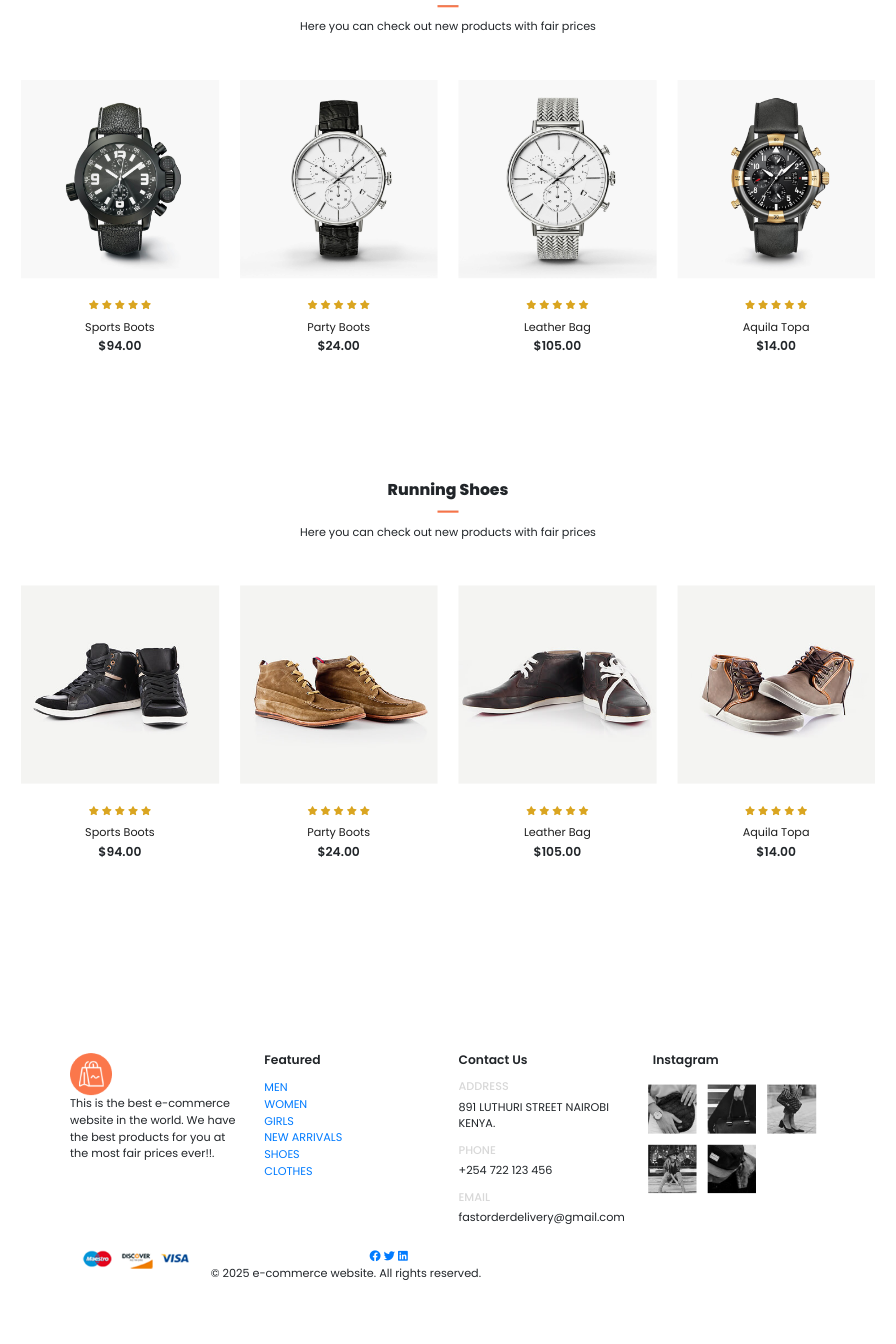
Repository: peter417waweru/e-commerce-UI
Page: index.html
The author's editor kept a copy of each file at every save. The page is drawn from the files as they stood at one save, then again after the next save.
The browser window is 1280 px wide. The pictures show the part of the page from y = 3518 to 5438 px (the page is 5438 px tall before and 5390 px after), at 70% of full size.
Backgrounds fixed to the window are drawn as part of the page. Some web libraries are served in a nearby version.

Above is the page before, as saved 2025-02-08 09:09:18.

### index.html
<!DOCTYPE html>
<html lang="en">

    <head>
        <meta charset="UTF-8">
        <meta http-equiv="X-UA-Compatible" content="IE=edge">
        <meta name="viewport" content="width=device-width, initial-scale=1.0">
        <title>Ecommerce Website1</title>

        <link rel="stylesheet" href="https://cdn.jsdelivr.net/npm/bootstrap@4.1.3/dist/css/bootstrap.min.css"
         integrity="sha384-MCw98/SFnGE8fJT3GXwEOngsV7Zt27NXFoaoApmYm81iuXoPkFOJwJ8ERdknLPMO" crossorigin="anonymous">

        <link rel="stylesheet" href="https://pro.fontawesome.com/releases/v5.10.0/css/all.css" />

        <link rel="stylesheet" href="./style.css">
    </head>

    <body>

        <nav class="navbar navbar-expand-lg navbar-light bg-light py-3 fixed-top">
            <div class="container">
              <img src="img/logo1.png" alt="">
              <button class="navbar-toggler" type="button" data-bs-toggle="collapse" data-bs-target="#navbarSupportedContent" aria-controls="navbarSupportedContent" aria-expanded="false" aria-label="Toggle navigation">
                <span><i id="bar" class="fas fa-bars"></i></span>
              </button>
              <div class="collapse navbar-collapse" id="navbarSupportedContent">
                <ul class="navbar-nav ml-auto">
                  <li class="nav-item">
                    <a class="nav-link active" aria-current="page" href="#">Home</a>
                  </li>
                  <li class="nav-item">
                    <a class="nav-link" aria-current="page" href="#">Shop</a>
                  </li>
                  <li class="nav-item">
                    <a class="nav-link" aria-current="page" href="#">Blog</a>
                  </li>
                  <li class="nav-item">
                    <a class="nav-link" aria-current="page" href="#">About</a>
                  </li>
                  <li class="nav-item">
                    <a class="nav-link" aria-current="page" href="#">Contact Us</a>
                  </li>
                  <li class="nav-item">
                    <i class="fal fa-search"></i>
                    <i class="fal fa-shopping-bag"></i>
                  </li>


                </ul>

              </div>
            </div>
        </nav>


        <section id="home">
          <div class="container">
            <h5>NEW ARRIVALS</h5>
            <h1><span>Best Price</span> This year</h1>
            <p>Shop today with us for the best offers delivered to your doorsteps <br>
               within seconds.
            </p>
            <button>Shop Now</button>
          </div>
        </section>

        <section id="brand" class="container">
          <div class="row m-0 py-5">
            <img class="img-fluid col-lg-2 col-md-4 col-sm-6" src="img/brand/1.png" alt="">
            <img class="img-fluid col-lg-2 col-md-4 col-sm-6" src="img/brand/2.png" alt="">
            <img class="img-fluid col-lg-2 col-md-4 col-sm-6" src="img/brand/3.png" alt="">
            <img class="img-fluid col-lg-2 col-md-4 col-sm-6" src="img/brand/4.png" alt="">
            <img class="img-fluid col-lg-2 col-md-4 col-sm-6" src="img/brand/5.png" alt="">
            <img class="img-fluid col-lg-2 col-md-4 col-sm-6" src="img/brand/6.png" alt="">
          </div>
        </section>

        <section id="new" class="w-100">
          <div class="row p-0 m-0">
            <div class="one col-lg-4 col-md-12 col-sm-12 p-0">
              <img class="img-fluid" src="img/new/1.jpg" alt="">
              <div class="details">
                <h2>Extreme Rare Sneakers</h2>
                <button class="text-uppercase">shop now</button>
              </div>
            </div>
            <div class="one col-lg-4 col-md-12 col-sm-12 p-0">
              <img class="img-fluid" src="img/new/5.jpg" alt="">
              <div class="details">
                <h2>Awesome blank outfit</h2>
                <button class="text-uppercase">shop now</button>
              </div>
            </div>
            <div class="one col-lg-4 col-md-12 col-sm-12 p-0">
              <img class="img-fluid" src="img/new/3.jpg" alt="">
              <div class="details">
                <h2>Sportwear upto 50% off</h2>
                <button class="text-uppercase">shop now</button>
              </div>
            </div>
          </div>
        </section>

        <section id="featured" class="my-5 pb-5">
          <div class="container text-center mt-5 py-5">
            <h3>Our Featured</h3>
            <hr class="mx-auto">
            <p>Here you can check out our new products with the most fair prices</p>
          </div>
          <div class="row mx-auto container-fluid">
            <div class="product text-center col-lg-3 col-md-4 col-12">
              <img class="img-fluid mb-3" src="img/featured/1.jpg" alt="">
              <div class="star">
                <i class="fas fa-star"></i>
                <i class="fas fa-star"></i>
                <i class="fas fa-star"></i>
                <i class="fas fa-star"></i>
                <i class="fas fa-star"></i>
              </div>
              <h5 class="p-name">Sports Boots</h5>
              <h4 class="p-price">$94.00</h4>
              <button class="buy-btn">Buy Now</button>
            </div>
            <div class="product text-center col-lg-3 col-md-4 col-12">
              <img class="img-fluid mb-3" src="img/featured/2.jpg" alt="">
              <div class="star">
                <i class="fas fa-star"></i>
                <i class="fas fa-star"></i>
                <i class="fas fa-star"></i>
                <i class="fas fa-star"></i>
                <i class="fas fa-star"></i>
              </div>
              <h5 class="p-name">Party Boots</h5>
              <h4 class="p-price">$24.00</h4>
              <button class="buy-btn">Buy Now</button>
            </div>
            <div class="product text-center col-lg-3 col-md-4 col-12">
              <img class="img-fluid mb-3" src="img/featured/3.jpg" alt="">
              <div class="star">
                <i class="fas fa-star"></i>
                <i class="fas fa-star"></i>
                <i class="fas fa-star"></i>
                <i class="fas fa-star"></i>
                <i class="fas fa-star"></i>
              </div>
              <h5 class="p-name">Leather Bag</h5>
              <h4 class="p-price">$105.00</h4>
              <button class="buy-btn">Buy Now</button>
            </div>
            <div class="product text-center col-lg-3 col-md-4 col-12">
              <img class="img-fluid mb-3" src="img/featured/4.jpg" alt="">
              <div class="star">
                <i class="fas fa-star"></i>
                <i class="fas fa-star"></i>
                <i class="fas fa-star"></i>
                <i class="fas fa-star"></i>
                <i class="fas fa-star"></i>
              </div>
              <h5 class="p-name">Aquila Topa</h5>
              <h4 class="p-price">$14.00</h4>
              <button class="buy-btn">Buy Now</button>
            </div>
          </div>
        </section>

        <section id="banner" class="my-5 py-3">
          <div class="container">
            <h4>MID SEASON SALES</h4>
            <h1>Autumn Collection <br>
              UP TO 20% OFF
            </h1>
            <button class="text-uppercase">Shop Now</button>
          </div>
        </section>

        <section id="clothes" class="my-5">
          <div class="container text-center mt-5 py-5">
            <h3>Dresses and jumpsuits</h3>
            <hr class="mx-auto">
            <p>Here you can check out new products with fair prices</p>
          </div>
          <div class="row mx-auto container-fluid">
            <div class="product text-center col-lg-3 col-md-4 col-12">
              <img class="img-fluid mb-3" src="img/clothes/1.jpg" alt="">
              <div class="star">
                <i class="fas fa-star"></i>
                <i class="fas fa-star"></i>
                <i class="fas fa-star"></i>
                <i class="fas fa-star"></i>
                <i class="fas fa-star"></i>
              </div>
              <h5 class="p-name">Sports Boots</h5>
              <h4 class="p-price">$94.00</h4>
              <button class="buy-btn">Buy Now</button>
            </div>
            <div class="product text-center col-lg-3 col-md-4 col-12">
              <img class="img-fluid mb-3" src="img/clothes/2.jpg" alt="">
              <div class="star">
                <i class="fas fa-star"></i>
                <i class="fas fa-star"></i>
                <i class="fas fa-star"></i>
                <i class="fas fa-star"></i>
                <i class="fas fa-star"></i>
              </div>
              <h5 class="p-name">Party Boots</h5>
              <h4 class="p-price">$24.00</h4>
              <button class="buy-btn">Buy Now</button>
            </div>
            <div class="product text-center col-lg-3 col-md-4 col-12">
              <img class="img-fluid mb-3" src="img/clothes/3.jpg" alt="">
              <div class="star">
                <i class="fas fa-star"></i>
                <i class="fas fa-star"></i>
                <i class="fas fa-star"></i>
                <i class="fas fa-star"></i>
                <i class="fas fa-star"></i>
              </div>
              <h5 class="p-name">Leather Bag</h5>
              <h4 class="p-price">$105.00</h4>
              <button class="buy-btn">Buy Now</button>
            </div>
            <div class="product text-center col-lg-3 col-md-4 col-12">
              <img class="img-fluid mb-3" src="img/clothes/1.jpg" alt="">
              <div class="star">
                <i class="fas fa-star"></i>
                <i class="fas fa-star"></i>
                <i class="fas fa-star"></i>
                <i class="fas fa-star"></i>
                <i class="fas fa-star"></i>
              </div>
              <h5 class="p-name">Aquila Topa</h5>
              <h4 class="p-price">$14.00</h4>
              <button class="buy-btn">Buy Now</button>
            </div>
          </div>
        </section>

        <section id="watches" class="my-5">
          <div class="container text-center mt-5 py-5">
            <h3>Best Watches</h3>
            <hr class="mx-auto">
            <p>Here you can check out new products with fair prices</p>
          </div>
          <div class="row mx-auto container-fluid">
            <div class="product text-center col-lg-3 col-md-4 col-12">
              <img class="img-fluid mb-3" src="img/watches/1.jpg" alt="">
              <div class="star">
                <i class="fas fa-star"></i>
                <i class="fas fa-star"></i>
                <i class="fas fa-star"></i>
                <i class="fas fa-star"></i>
                <i class="fas fa-star"></i>
              </div>
              <h5 class="p-name">Sports Boots</h5>
              <h4 class="p-price">$94.00</h4>
              <button class="buy-btn">Buy Now</button>
            </div>
            <div class="product text-center col-lg-3 col-md-4 col-12">
              <img class="img-fluid mb-3" src="img/watches/2.jpg" alt="">
              <div class="star">
                <i class="fas fa-star"></i>
                <i class="fas fa-star"></i>
                <i class="fas fa-star"></i>
                <i class="fas fa-star"></i>
                <i class="fas fa-star"></i>
              </div>
              <h5 class="p-name">Party Boots</h5>
              <h4 class="p-price">$24.00</h4>
              <button class="buy-btn">Buy Now</button>
            </div>
            <div class="product text-center col-lg-3 col-md-4 col-12">
              <img class="img-fluid mb-3" src="img/watches/3.jpg" alt="">
              <div class="star">
                <i class="fas fa-star"></i>
                <i class="fas fa-star"></i>
                <i class="fas fa-star"></i>
                <i class="fas fa-star"></i>
                <i class="fas fa-star"></i>
              </div>
              <h5 class="p-name">Leather Bag</h5>
              <h4 class="p-price">$105.00</h4>
              <button class="buy-btn">Buy Now</button>
            </div>
            <div class="product text-center col-lg-3 col-md-4 col-12">
              <img class="img-fluid mb-3" src="img/watches/4.jpg" alt="">
              <div class="star">
                <i class="fas fa-star"></i>
                <i class="fas fa-star"></i>
                <i class="fas fa-star"></i>
                <i class="fas fa-star"></i>
                <i class="fas fa-star"></i>
              </div>
              <h5 class="p-name">Aquila Topa</h5>
              <h4 class="p-price">$14.00</h4>
              <button class="buy-btn">Buy Now</button>
            </div>
          </div>
        </section>

        <section id="shoes" class="my-5 pb-5">
          <div class="container text-center mt-5 py-5">
            <h3>Running Shoes</h3>
            <hr class="mx-auto">
            <p>Here you can check out new products with fair prices</p>
          </div>
          <div class="row mx-auto container-fluid">
            <div class="product text-center col-lg-3 col-md-4 col-12">
              <img class="img-fluid mb-3" src="img/shoes/8.jpg" alt="">
              <div class="star">
                <i class="fas fa-star"></i>
                <i class="fas fa-star"></i>
                <i class="fas fa-star"></i>
                <i class="fas fa-star"></i>
                <i class="fas fa-star"></i>
              </div>
              <h5 class="p-name">Sports Boots</h5>
              <h4 class="p-price">$94.00</h4>
              <button class="buy-btn">Buy Now</button>
            </div>
            <div class="product text-center col-lg-3 col-md-4 col-12">
              <img class="img-fluid mb-3" src="img/shoes/7.jpg" alt="">
              <div class="star">
                <i class="fas fa-star"></i>
                <i class="fas fa-star"></i>
                <i class="fas fa-star"></i>
                <i class="fas fa-star"></i>
                <i class="fas fa-star"></i>
              </div>
              <h5 class="p-name">Party Boots</h5>
              <h4 class="p-price">$24.00</h4>
              <button class="buy-btn">Buy Now</button>
            </div>
            <div class="product text-center col-lg-3 col-md-4 col-12">
              <img class="img-fluid mb-3" src="img/shoes/6.jpg" alt="">
              <div class="star">
                <i class="fas fa-star"></i>
                <i class="fas fa-star"></i>
                <i class="fas fa-star"></i>
                <i class="fas fa-star"></i>
                <i class="fas fa-star"></i>
              </div>
              <h5 class="p-name">Leather Bag</h5>
              <h4 class="p-price">$105.00</h4>
              <button class="buy-btn">Buy Now</button>
            </div>
            <div class="product text-center col-lg-3 col-md-4 col-12">
              <img class="img-fluid mb-3" src="img/shoes/5.jpg" alt="">
              <div class="star">
                <i class="fas fa-star"></i>
                <i class="fas fa-star"></i>
                <i class="fas fa-star"></i>
                <i class="fas fa-star"></i>
                <i class="fas fa-star"></i>
              </div>
              <h5 class="p-name">Aquila Topa</h5>
              <h4 class="p-price">$14.00</h4>
              <button class="buy-btn">Buy Now</button>
            </div>
          </div>
        </section>

        <footer class="mt-5 py-5">
          <div class="row container mx-auto pt-5">
            <div class="footer-one col-lg-3 col-md-6 col-12">
              <img src="img/logo2.png" alt="">
              <p>This is the best e-commerce website in the world.
                 We have the best products for you at the most fair prices ever!!.</p>
            </div>
            <div class="footer-one col-lg-3 col-md-6 col-12">
              <h4 class="pb-2">Featured</h4>
              <ul class="text-uppercase list-unstyled">
                <li><a href="#">men</a></li>
                <li><a href="#">women</a></li>
                <li><a href="#">girls</a></li>
                <li><a href="#">new arrivals</a></li>
                <li><a href="#">shoes</a></li>
                <li><a href="#">clothes</a></li>
              </ul>
            </div>
            <div class="footer-one col-lg-3 col-md-6 col-12">
              <h4 class="pb-2">Contact Us</h4>
              <div>
                <h6 class="text-uppercase">Address</h6>
              <p>891 LUTHURI STREET NAIROBI KENYA.</p>
              </div>
              <div>
                <h6 class="text-uppercase">Phone</h6>
              <p>+254 722 123 456</p>
              </div>
              <div>
                <h6 class="text-uppercase">Email</h6>
              <p>fastorderdelivery@gmail.com</p>
              </div>
            </div>
            <div class="footer-one col-lg-3 col-md-6 col-12">
              <h4 class="pb-2">Instagram</h4>
              <div class="row">
                <img class="img-fluid w-25 h-100 m-2" src="img/insta/1.jpg" alt="">
                <img class="img-fluid w-25 h-100 m-2" src="img/insta/2.jpg" alt="">
                <img class="img-fluid w-25 h-100 m-2" src="img/insta/3.jpg" alt="">
                <img class="img-fluid w-25 h-100 m-2" src="img/insta/4.jpg" alt="">
                <img class="img-fluid w-25 h-100 m-2" src="img/insta/5.jpg" alt="">
              </div>
            </div>
            <div class="copyright mt-3">
              <div class="row container mx-auto">
                <div class="col-lg-3 col-md-6 col-12">
                  <img src="img/payment.png" alt="">
                </div>
                <div class="col-lg-4 col-md-6 col-12 text-nowrap p-4">
                  <p>© 2025 e-commerce website. All rights reserved.</p>
                </div>
                <div class="col-lg-4 col-md-6 col-12 ">
                  <a href=""><i class="fab fa-facebook"></i></a>
                  <a href=""><i class="fab fa-twitter"></i></a>
                  <a href=""><i class="fab fa-linkedin"></i></a>
                </div>
              </div>
            </div>
          </div>
        </footer>





        <script src="https://cdn.jsdelivr.net/npm/@popperjs/core@2.9.1/dist/umd/popper.min.js"
            integrity="sha384-SR1sx49pcuLnqZUnnPwx6FCym0wLsk5JZuNx2bPPENzswTNFaQU1RDvt3wT4gWFG"
            crossorigin="anonymous"></script>
        <script src="https://cdn.jsdelivr.net/npm/bootstrap@5.0.0-beta3/dist/js/bootstrap.min.js"
            integrity="sha384-j0CNLUeiqtyaRmlzUHCPZ+Gy5fQu0dQ6eZ/xAww941Ai1SxSY+0EQqNXNE6DZiVc"
            crossorigin="anonymous"></script>
    </body>

</html>

### style.css
@import url("https://fonts.googleapis.com/css2?family=Poppins:wght@100;200;300;400;500;600;700;800;900&display=swap");
* {
  margin: 0;
  padding: 0;
  box-sizing: border-box;
}

body {
  font-family: "Poppins", sans-serif;
}

h1 {
  font-size: 2.5rem;
  font-weight: 700;
}

h2 {
  font-size: 1.8rem;
  font-weight: 600;
}

h3 {
  font-size: 1.4rem;
  font-weight: 800;
}

h4 {
  font-size: 1.1rem;
  font-weight: 600;
}

h5 {
  font-size: 1rem;
  font-weight: 400;
  color: #1d1d1d;
}

h6 {
  color: #d8d8d8;
}

hr {
  width: 30px;
  height: 2px;
  background-color: #fb774b;
}

.star {
  padding: 10px 0;
}

.star i{
  font-size: 0.8rem;
  color: goldenrod;
}

button {
  font-size: 0.8rem;
  font-weight: 700;
  outline: none;
  border: none;
  background-color: #1d1d1d;
  color: aliceblue;
  padding: 13px 30px;
  cursor: pointer;
  text-transform: uppercase;
  transition: 0.3s ease;
}

button:hover {
  background-color: #3a3833;
}

hr {
  width: 30px;
  height: 2px;

}

.navbar {
  font-size: 16px;
  background-color: #d8d8d8;
  top: 0;
  left: 0;
}

.navbar-light .navbar-nav .nav-link{
  padding: 0 20px;
  color: black;
  transition: 0.3s ease;
}

.navbar-light .navbar-nav .nav-link:hover,
.navbar i:hover,
.navbar-light .navbar-nav .nav-link.active,
.navbar i.active
{
  color: coral;
}



.navbar i{
  font-size: 1.2rem;
  padding: 0 7px;
  cursor: pointer;
  transition: 0.3s ease;
}

/* Mobile Nav*/


.navbar-light .navbar-toggler{
  border: none;
  outline: none;
}

#bar {
  font-size: 1.5rem;
  padding: 7px;
  cursor: pointer;
  font-weight: 500;
  color: black;
  transition: 0.3s ease;
}

#bar:hover,
#bar.active{
  color: #fff;
}

@media only screen and (max-width: 990px) {

  body > nav > div > button:hover ,
  body > nav > div > button:focus {
    background-color: #fb774b;
  }

  body > nav > div > button:hover #bar,
  body > nav > div > button:focus #bar {
    background-color: #fb774b;
  }

  #navbarSupportedContent > ul {
    margin: 1rem;
    justify-content: flex-end;
    align-items: flex-end;
    text-align: right;
  }

  #navbarSupportedContent > ul > li:nth-child(n) > a {
    padding: 10px 0;
  }
}


#home {
  background-image: url("img/back.jpg");
  width: 100%;
  height: 100vh;
  background-size: cover;
  background-position: top 70px center;
  display: flex;
  flex-direction: column;
  align-items: flex-start;
  justify-content: center;

}

#home span{
  color: coral;
}

#new .one img{
  width: 100%;
  height: 100%;
  background-position: center center;
  background-repeat: no-repeat;
  background-size: cover;
  position: relative;
}


#new .row .one .details{
  position: absolute;
  width: 100%;
  height: 100%;
  top: 0;
  left: 0;
  transition: 0.3s ease;
}

#new .row .one:hover .details{
  cursor: pointer;
  background-color: rgba(255, 178, 178, 0.8);
}

#new .row .one .details button{
 display: inline-block;
 font-size: 14px;
 font-weight: 500;
 color: #2a2a2a;
 background: none;
 text-transform: uppercase;
 border-bottom: 1px solid #2a2a2a;
 padding: 1.5px;
 transform: translateY(70px);
 transition: 0.3s ease;
}

#new .row .one .details button:hover{
  cursor: pointer;
  color: #fff;
  border-bottom: 1px solid #fff;
}

#new .row .one:nth-child(1) .details{
  display: flex;
  justify-content: center;
  flex-direction: column;
  align-items: flex-start;
  text-align: start;
}

#new .row .one:nth-child(2) .details{
  display: flex;
  justify-content: center;
  flex-direction: column;
  align-items: center;
  text-align: center;
}

#new .row .one:nth-child(3) .details{
  display: flex;
  justify-content: center;
  flex-direction: column;
  align-items: flex-end;
  text-align: end;
}

/*Products*/

.product {
  cursor: pointer;
  margin-bottom: 2rem;
}

.product img{
  transition: 0.3s all;
}

.product img:hover{
  opacity: 0.7;
}

.product .buy-btn{
  background: #fb774b;
  transform: translateY(20px);
  opacity: 0;
  transition: 0.3s all;
}
.product:hover .buy-btn{
  transform: translateY(0px);
  opacity: 1;
}

#banner {
  background-image: url("img/banner/2.jpg");
  width: 100%;
  height: 60vh;
  background-size: cover;
  background-position: top 70px center;
  background-repeat: no-repeat;
  background-attachment: fixed;
  display: flex;
  flex-direction: column;
  align-items: flex-start;
  justify-content: center;
}

#banner h4{
  color: #D8D8D8;
}

#banner h1{
  color: #D8D8D8;
}

#banner button{
  background-color: #fb774b;
}

After the next save:
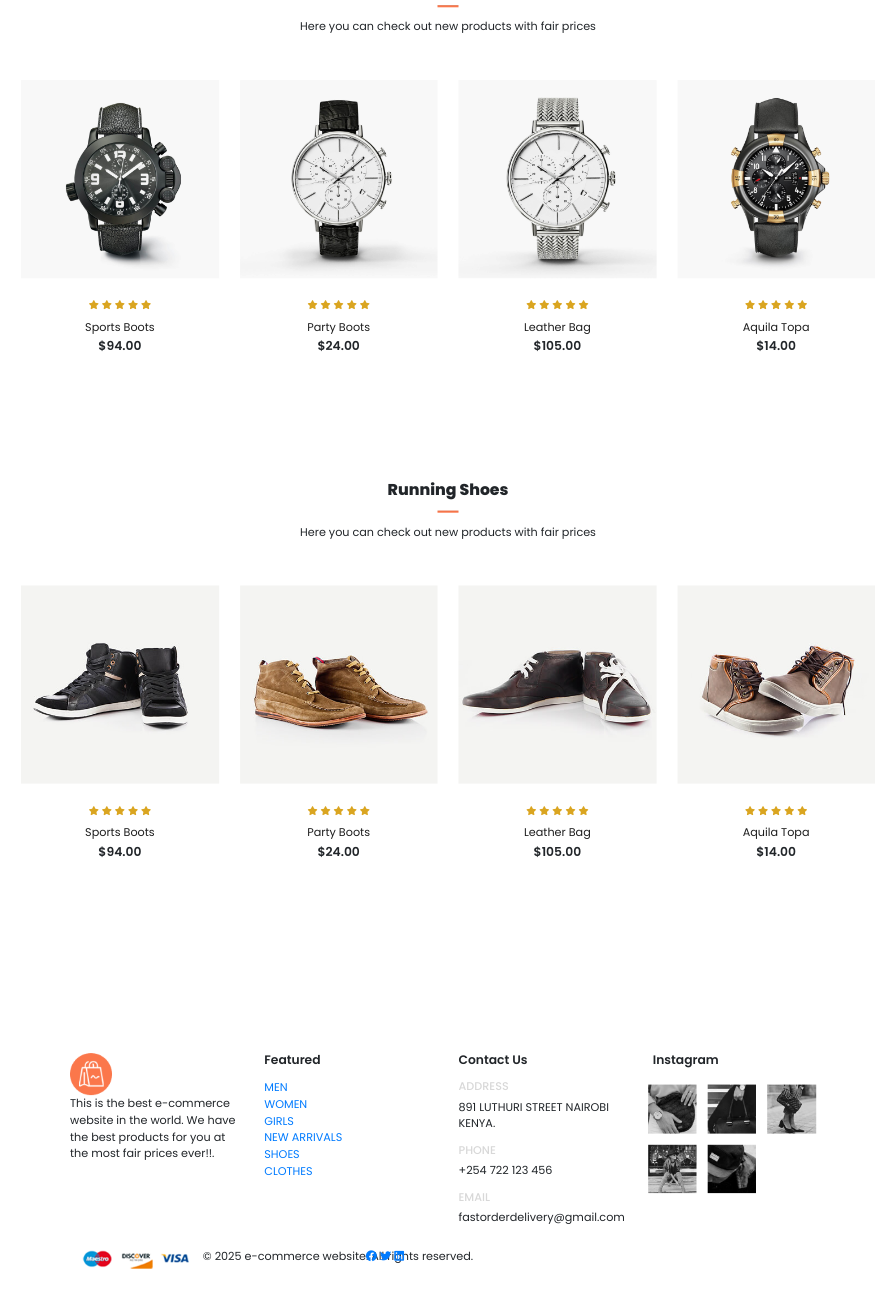
Saved 23 s later.
--- a/index.html
+++ b/index.html
@@ -407,7 +407,7 @@
                 <div class="col-lg-3 col-md-6 col-12">
                   <img src="img/payment.png" alt="">
                 </div>
-                <div class="col-lg-4 col-md-6 col-12 text-nowrap p-4">
+                <div class="col-lg-4 col-md-6 col-12 text-nowrap pr-4">
                   <p>© 2025 e-commerce website. All rights reserved.</p>
                 </div>
                 <div class="col-lg-4 col-md-6 col-12 ">
